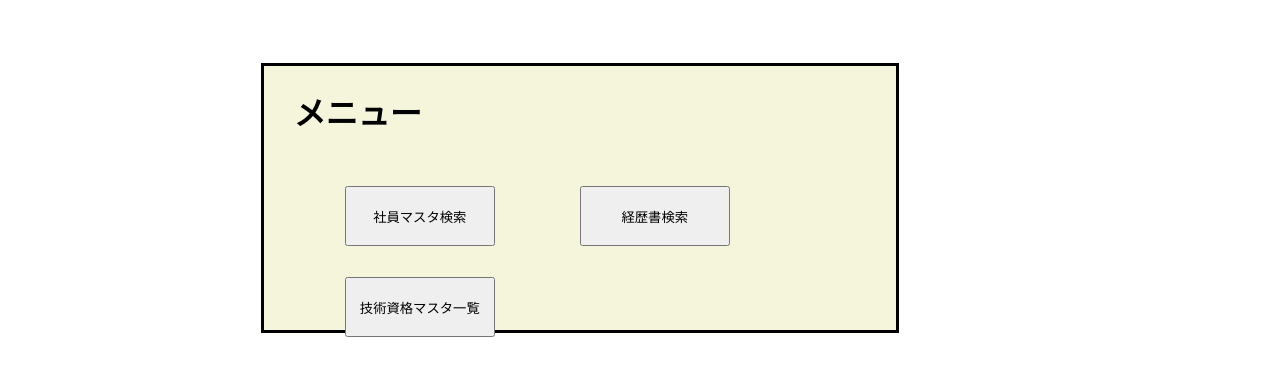
Repository: nguyenvantandev/WebApp
Page: http://localhost/EmployeeInfoSystem/Menu.jsp
These files come from the project's save history. The page is drawn as it stood at one moment and after the next save; the edit follows.
The browser window is 1280 px wide. The pictures show the whole page.
Some web libraries are served in a nearby version. The page is served by Tomcat 9.

Above is the page before, as saved 2016-06-06 04:33:59.

After the next save:
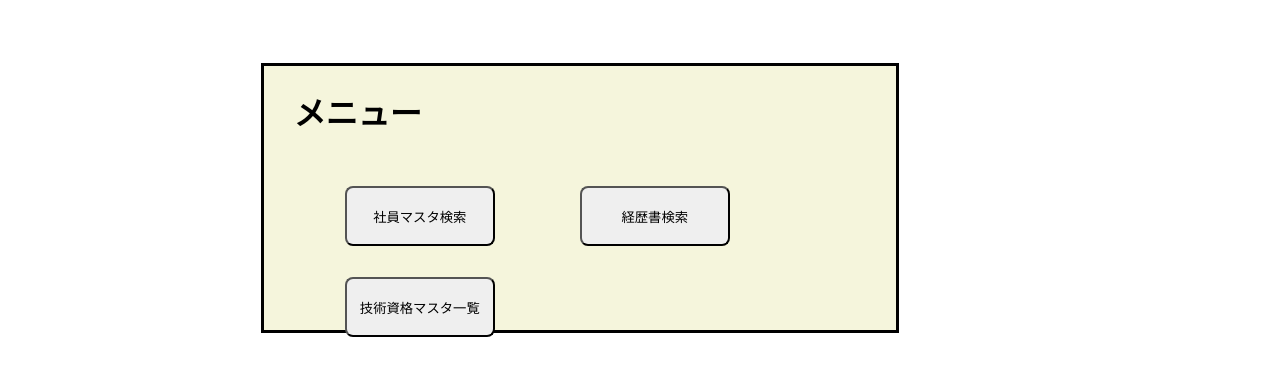
Saved 3 min 23 s later.
--- a/EmployeeInfoSystem/WebContent/css/Menu.css
+++ b/EmployeeInfoSystem/WebContent/css/Menu.css
@@ -16,6 +16,7 @@
 	    margin-left: 81px;
     height: 60px;
     width: 150px;
+    border-radius: 8px;
 
 }
 h1{

After the 4 saves that followed:
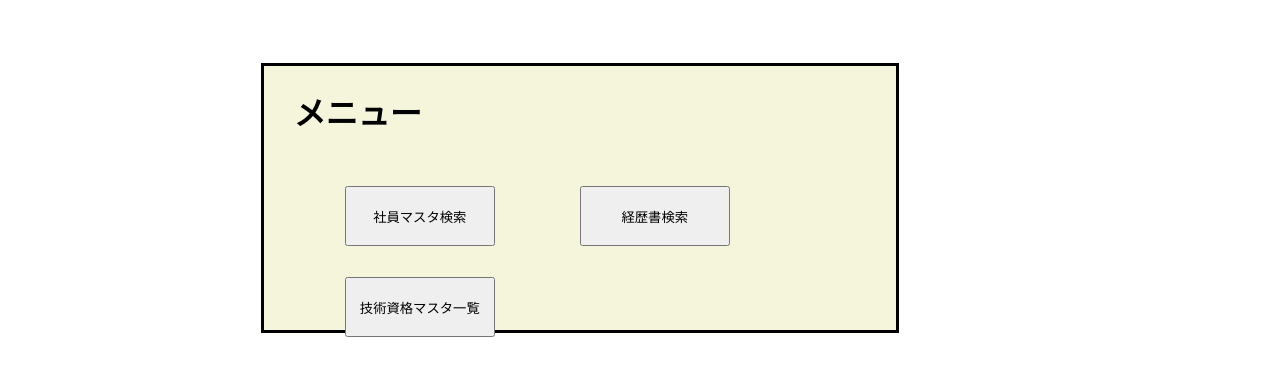
The 4 saves are shown as one change because 3 left the picture as it was.
The last was saved 4 min 29 s later.
--- a/EmployeeInfoSystem/WebContent/Menu.jsp
+++ b/EmployeeInfoSystem/WebContent/Menu.jsp
@@ -12,9 +12,9 @@
 <body>
 <div>
 <h1>メニュー</h1>
-<input type="button" id="employeeSearch" name="employeeSearch" value="社員マスタ検索">
-<input type="button" id="resumeSearch" name="resumeSearch" value="経歴書検索">
-<input type="button" id="skillList" name="skillList" value="技術資格マスタ一覧">
+<input type="button" id="employeeSearch" name="employeeSearch"  class="button" value="社員マスタ検索">
+<input type="button" id="resumeSearch" name="resumeSearch" class="button" value="経歴書検索">
+<input type="button" id="skillList" name="skillList" class="button" value="技術資格マスタ一覧">
 </div>
 
 </body>
--- a/EmployeeInfoSystem/WebContent/css/Menu.css
+++ b/EmployeeInfoSystem/WebContent/css/Menu.css
@@ -16,9 +16,13 @@
 	    margin-left: 81px;
     height: 60px;
     width: 150px;
-    border-radius: 8px;
 
 }
 h1{
 	    margin-left: 30px;
 }
+
+
+.button:hover {
+    background-color: #3e8e41;
+}
